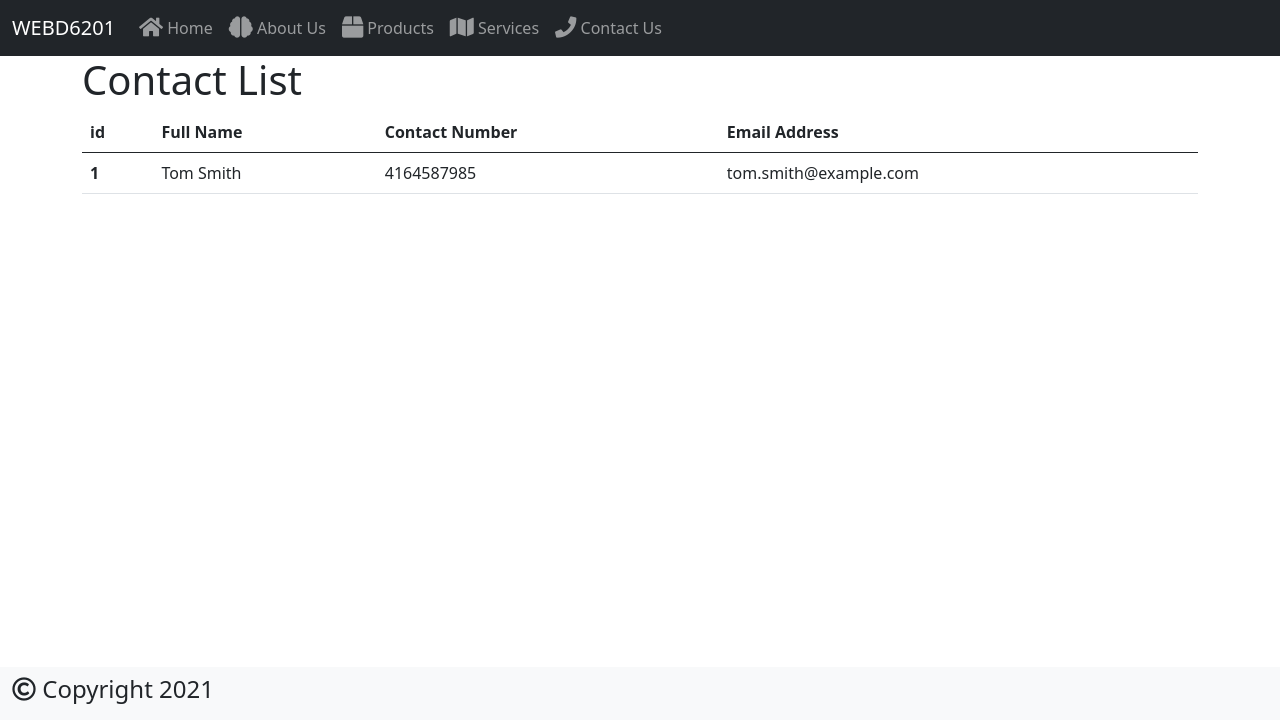
Repository: AshokSasi/WEBD6201-Week3
Page: contact-list.html
These files come from the project's save history. The page is drawn as it stood at one moment and after the next save; the edit follows.
The browser window is 1280 px wide. The pictures show the whole page.

Above is the page before, as saved 2021-01-28 10:38:13.

### contact-list.html
<!DOCTYPE html>
<html lang="en">
<head>
    <meta charset="UTF-8">
    <meta name="viewport" content="width=device-width, initial-scale=1.0">
    <title>Contact-List</title>
    <!-- CSS Section-->
    <link rel="stylesheet" href="./Content/app.css">
    <link rel="stylesheet" href="./node_modules/bootstrap/dist/css/bootstrap.min.css">
    <link rel="stylesheet" href="./node_modules/@fortawesome/fontawesome-free/css/all.min.css">
</head>
<body>
  <!-- Main Header -->
    <header>
      <!--main navbar-->
        <nav class="navbar navbar-expand-lg navbar-dark bg-dark">
            <div class="container-fluid">
              <a class="navbar-brand" href="index.html">WEBD6201</a>
              <button class="navbar-toggler" type="button" data-bs-toggle="collapse" data-bs-target="#navbarSupportedContent" aria-controls="navbarSupportedContent" aria-expanded="false" aria-label="Toggle navigation">
                <span class="navbar-toggler-icon"></span>
              </button>
              <div class="collapse navbar-collapse" id="navbarSupportedContent">
                <ul class="navbar-nav me-auto mb-2 mb-lg-0">
                  <li class="nav-item">
                    <a class="nav-link" aria-current="page" href="index.html"><i class="fas fa-home fa-lg"></i> Home</a>
                  </li>
                  <li class="nav-item">
                    <a class="nav-link" aria-current="page" href="about.html"><i class="fas fa-brain fa-lg"></i> About Us</a>
                  </li>
                  <li class="nav-item">
                    <a class="nav-link" aria-current="page" href="products.html"><i class="fas fa-box fa-lg"></i> Products</a>
                  </li>
                  <li class="nav-item">
                    <a class="nav-link" aria-current="page" href="services.html"><i class="fas fa-map fa-lg"></i> Services</a>
                  </li>
                  <li class="nav-item">
                    <a class="nav-link" aria-current="page" href="contact.html"><i class="fas fa-phone fa-lg"></i> Contact Us</a>
                  </li>
                </ul>

              </div>
            </div>
          </nav>
    </header>

    <!-- Main Content-->
    <main class="container">
        <h1>Contact List</h1>

        <div class="row">
            <div class="col">
                <table class="table">
                    <thead>
                      <tr>
                        <th scope="col">id</th>
                        <th scope="col">Full Name</th>
                        <th scope="col">Contact Number</th>
                        <th scope="col">Email Address</th>
                      </tr>
                    </thead>
                    <tbody id=contactList>
                    </tbody>
                  </table>
            </div>
        </div>

    </main>

    <!--Main Footer Nav -->
    <footer>
        <nav class="navbar fixed-bottom navbar-light bg-light">
            <div class="container-fluid">
              <h4><i class="far fa-copyright"></i> Copyright 2021</h4>
            </div>
          </nav>
    </footer>

    <!--Javascript section-->
    <script src="./Scripts/contact.js"></script>
    <script src="./Scripts/app.js"></script>
    <script src="./node_modules/jquery/dist/jquery.min.js"></script>

    <script src="./node_modules/bootstrap/dist/js/bootstrap.bundle.min.js"></script>
</body>
</html>

### Scripts/contact.js
"use strict";
class Contact
{
    //getters and setters
    get FullName()
    {
      return this.m_fullName;
    }
    set FullName(value)
    {
      this.m_fullName = value;
    }
    //get/set contact number
    get ContactNumber()
    {
      return this.m_contactNumber;
    }
    set ContactNumber(value)
    {
      this.m_contactNumber = value;
    }
    //get/set email
    get EmailAddress()
    {
      return this.m_emailAddress;
    }
    set EmailAddress(value)
    {
      this.m_emailAddress = value;
    }

    //Constructor
    /**
     * Contact Class Constructor
     *
     * @param {string} [fullName=""] the user's full name
     * @param {string} [contactNumber=""] The user's contact number
     * @param {string} [emailAddress=""] The user's email address
     * @memberof Contact
     */
    constructor(fullName = "", contactNumber = "", emailAddress = "") {
      this.m_fullName = fullName;
      this.m_contactNumber = contactNumber;
      this.m_emailAddress = emailAddress;
    }

    //Methods

   /**
    *This method overrides the built in toString method for the Contact class
    *
    * @return {string}
    *
    */
   toString()
   {
     return `Full Name     : ${this.m_fullName} \nContact Number: ${this.m_contactNumber}\nEmail Address : ${this.m_emailAddress}`;
   }

   /**
    * This method returns a JSON object made up of the properties of the Contact class
    *
    * @returns {Object}
    */
   toJSON()
   {
     return {
       "fullName": this.fullName,
       "contactNumber": this.contactNumber,
       "emailAddress": this.emailAddress
     }
   }

   /**
    *This Method converts the Contact into a comma separated value string
    *
    * @return {string}
    *
    */
   serialize()
    {
      if(fullName.value!== "" && contactNumber.value !== "" && emailAddress.value !== "")
      {
      return `${this.m_fullName},${this.m_contactNumber},${this.m_emailAddress}`;
      }
      else
      {
        console.error("One or more properties of the Contact is empty");
        return null;
      }
    }

    /**
     *This method takes a comma separated data string and assigns the values to the Contact class properties
     *
     * @param {string} data
     * @returns {void}
     */
    deserialize(data)
    {
      let propertyArray = data.split(",");
      this.firstName = propertyArray[0];
      this.contactNumber = propertyArray[1];
      this.emailAddress = propertyArray[2];
    }

  }

### Scripts/app.js

//IIFE Immediately Function Expression
//AKA - Anonymous Self- Executing Function
//Closure - Limits scop leak

"use strict";

let myContact =
{
  "fullName":"Tom Smith",
  "contactNumber":"5647891234",
  "emailAddress":"tom@example.com",
  "saysHello": function()
  {
    console.log(`${fullName} says Hello!`);
  },
  "someOtherObject":
  {
    "friendsList" : [
      "Peter Parker", "Tony Stark", "Stephen Strange"
    ]
  }
};

(function()
{
    function displayHome()
    {
        let paragraphOneText =
          "This is a simple site to demonstrate DOM manipulation for ICE 1";

        let paragraphOneElement = document.getElementById("paragraphOne");

        paragraphOneElement.textContent = paragraphOneText;
        paragraphOneElement.className = "fs-5";

        // Step 1: document.createElement
        let newParagraph = document.createElement("p");
        // Step 2: Configure the element
        newParagraph.setAttribute("id", "paragraphTwo");
        newParagraph.textContent = "... And this is paragraph two";
        // Step 3: Select the parent element
        let mainContent = document.getElementsByTagName("main")[0];
        // Step4: Add/Insert the element
        mainContent.appendChild(newParagraph);

        newParagraph.className = "fs-6";

        //another way of injecting content
        let paragraphDiv = document.createElement("div");
        let paragraphThree = `<p id="paragraphThree" class="fs-7 fw-bold">And this is the third paragraph</p>`;
        paragraphDiv.innerHTML = paragraphThree;

        //example of inserting before a node.
        //  newParagraph.before(paragraphDiv)

        //example of inserting after a node.
        newParagraph.after(paragraphDiv);

        //delete elements
        //paragraphOneElement.remove();

        //example of remove child
        mainContent.removeChild(paragraphOneElement);

        //update / modification
        // mainContent.firstElementChild.textContent = "Welcome Home";

        mainContent.innerHTML = `<h1 id="firstHeading">Welcome to WEBD6201 - ICE 1</h1>
     <p id="paragraphOne" class="fs-3 fw-bold">This is my first paragraph</p>
     `;

    }

    function displayAbout()
    {

    }

    function displayProducts()
    {

    }

    function displayServices()
    {

    }

    function displayContact()
    {
        let messageArea = document.getElementById("messageArea");
        messageArea.hidden = true;

        //form validation
        let fullName = document.getElementById("fullName");
        fullName.addEventListener("blur", function(){

            if(fullName.value.length <= 2)
            {
                fullName.focus();
                fullName.select();
                messageArea.hidden = false;
                messageArea.className = "alert alert-danger";
                messageArea.textContent = "Full Name must be greater than 2 characters"
            }
            else
            {
                messageArea.removeAttribute("class");
                messageArea.hidden = true;
            }

        });

        let sendButton = document.getElementById("sendButton");
        sendButton.addEventListener("click", function(event){
           //event.preventDefault();



          let contact = new Contact(fullName.value, contactNumber.value, emailAddress.value);

          if(contact.serialize() !== null)
          {
            localStorage.setItem((localStorage.length + 1).toString(), contact.serialize());
          }


        });
    }

    function displayContactList()
    {



      if(localStorage.length > 0)
      {
        let contactList = document.getElementById("contactList");
        let data = "";

        for (let index = 0; index < localStorage.length; index++)
        {
          contactData = localStorage.getItem((index+1).toString());
          let contact = new Contact();
          contact.deserialize(contactData);

        }
      }

      contactList.innerHTML =
      ` <tr>
      <th scope="row">1</th>
      <td>Tom Smith</td>
      <td>4164587985</td>
      <td>tom.smith@example.com</td>
    </tr>`
    }

    function Start()
    {
        console.log("App started ...");
        console.log(document.title);
        switch (document.title)
        {
          case "Home":
              displayHome();
            break;
          case "About":
              displayAbout();
            break;
          case "Products":
              displayProducts();
            break;
          case "Services":
              displayServices();
            break;
          case "Contact Us":
              displayContact();
            break;
            case "Contact-List":
              displayContactList();
            break;
        }


    }
    window.addEventListener("load", Start);
})();

Loaded but not shown: node_modules/bootstrap/dist/css/bootstrap.min.css (library); node_modules/@fortawesome/fontawesome-free/css/all.min.css (library); node_modules/jquery/dist/jquery.min.js (library); node_modules/bootstrap/dist/js/bootstrap.bundle.min.js (library); Content/app.css (no stored copy; drawn as an empty file)

After the next save:
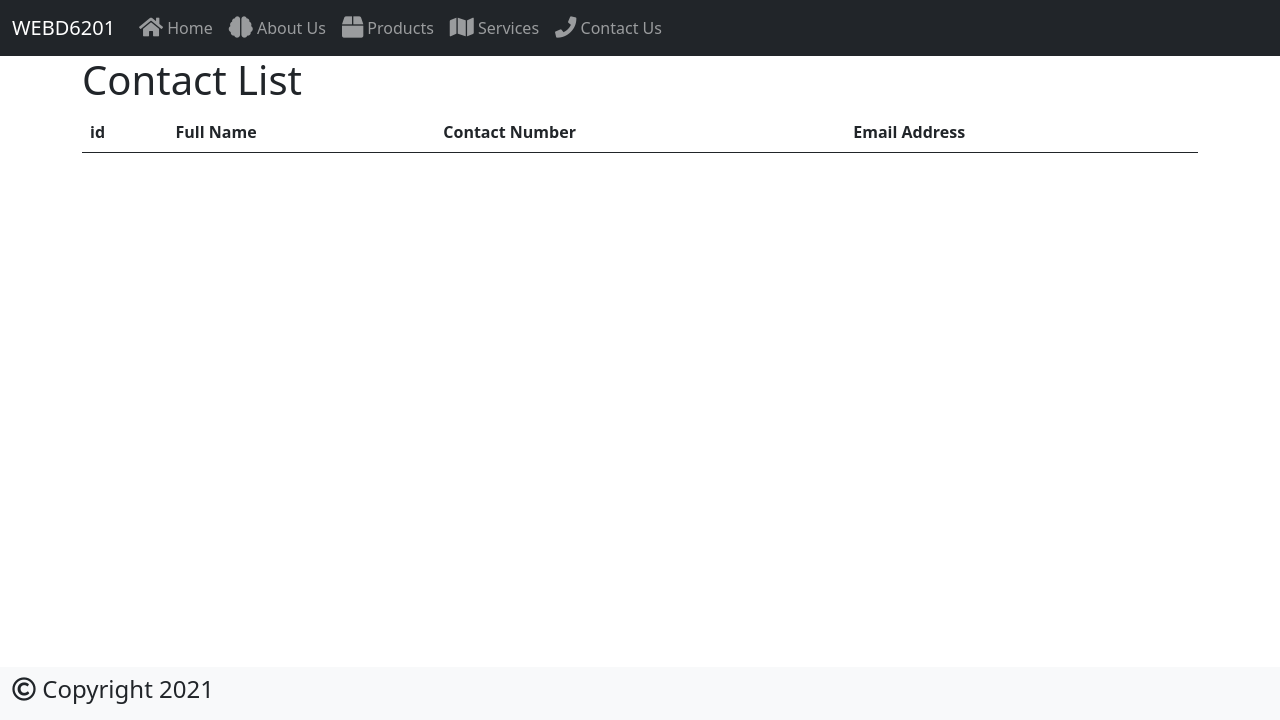
Saved 30 s later.
--- a/Scripts/app.js
+++ b/Scripts/app.js
@@ -146,15 +146,16 @@ let myContact =
           contact.deserialize(contactData);
 
         }
+        contactList.innerHTML =
+        ` <tr>
+        <th scope="row">1</th>
+        <td>Tom Smith</td>
+        <td>4164587985</td>
+        <td>tom.smith@example.com</td>
+      </tr>`
       }
 
-      contactList.innerHTML =
-      ` <tr>
-      <th scope="row">1</th>
-      <td>Tom Smith</td>
-      <td>4164587985</td>
-      <td>tom.smith@example.com</td>
-    </tr>`
+
     }
 
     function Start()
